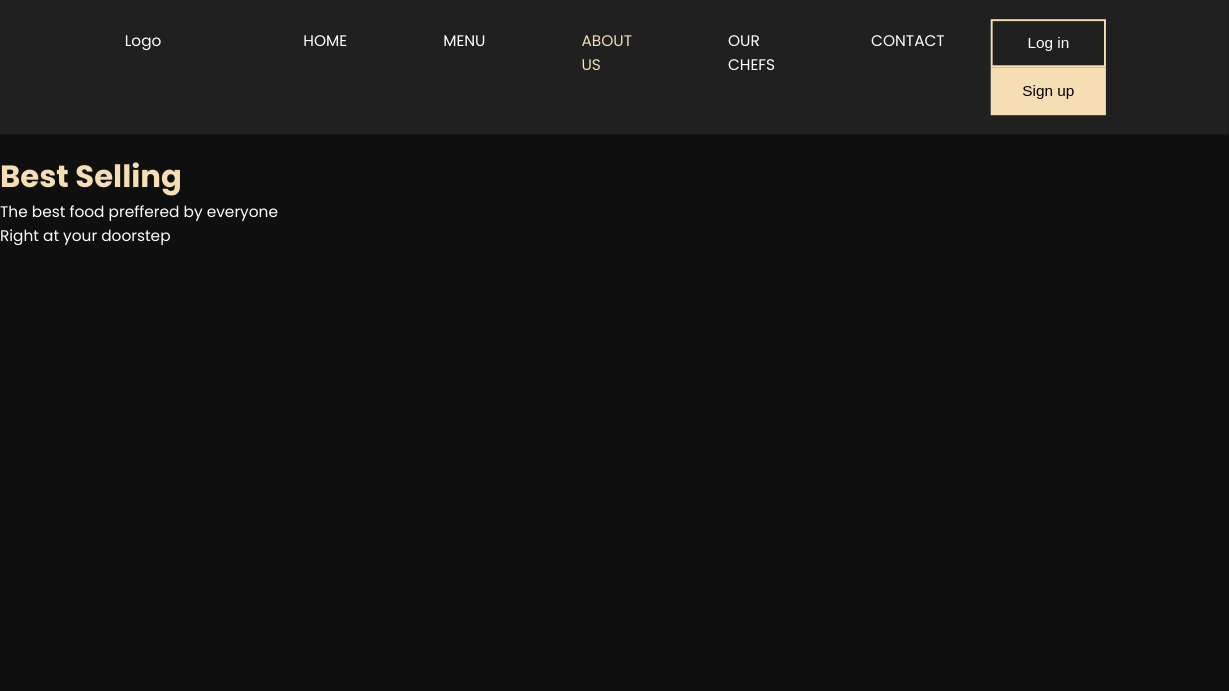
Repository: ThisIsSahaj/NSP
Page: about.html
An editor plug-in stored every save of this project. The page is shown before and after the next save, followed by the edit.
The browser window is 1280 px wide. The pictures show the whole page, at 96% of full size.

Above is the page before, as saved 2023-12-26 22:05:43.

After the next save:
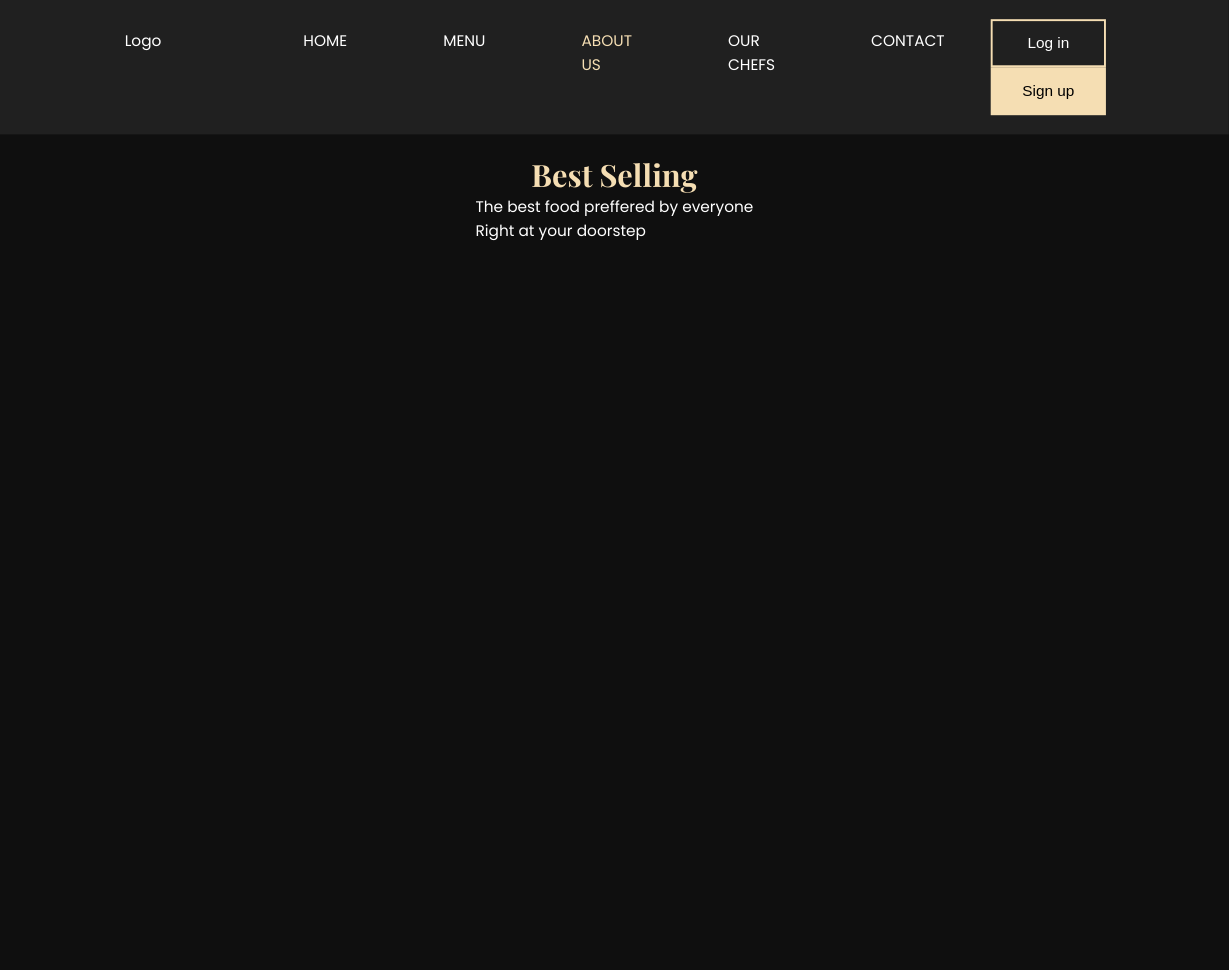
Saved 24 s later.
--- a/style.css
+++ b/style.css
@@ -157,3 +157,16 @@ align-items: center;
     font-size: 18px;
     margin: 50px 0px;
 }
+
+.about{
+    width: 100%;
+    height: 870px;
+    display: flex;
+    flex-direction: column;
+    /* justify-content: center; */
+    align-items: center;
+    }
+
+.about h1{
+    font-family: "Playfair Display";
+    }
